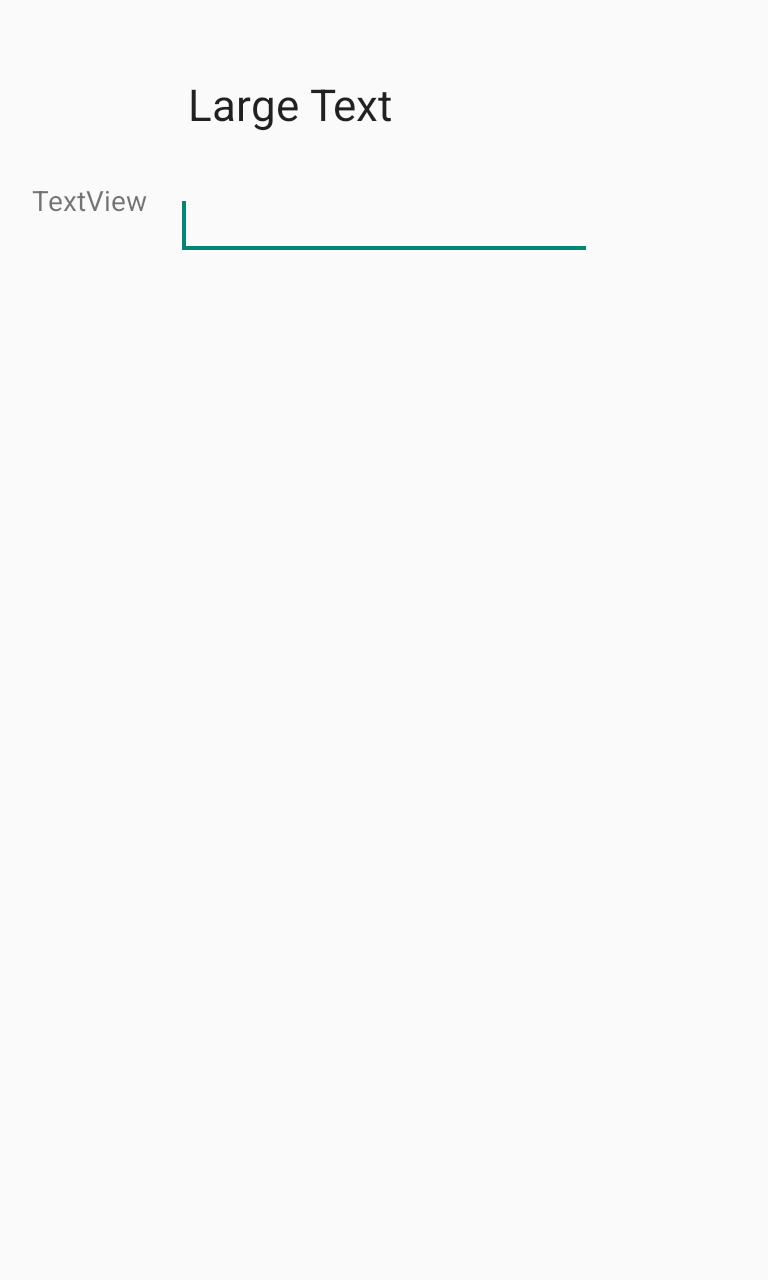
Repository: shivamgeek/Android-Code-Examples
Layout: Register/res/layout/activity_register.xml
These files come from the project's save history. The layout is drawn as it stood at one moment and after the next save; the edit follows.
It is drawn on a 768 x 1280 px phone screen (xhdpi) without system bars, with theme AppTheme; the app's code is not run.

Above is the layout before, as saved 2015-07-30 13:57:15.

### Register/res/layout/activity_register.xml
<RelativeLayout xmlns:android="http://schemas.android.com/apk/res/android"
    xmlns:tools="http://schemas.android.com/tools"
    android:layout_width="match_parent"
    android:layout_height="match_parent"
    android:paddingBottom="@dimen/activity_vertical_margin"
    android:paddingLeft="@dimen/activity_horizontal_margin"
    android:paddingRight="@dimen/activity_horizontal_margin"
    android:paddingTop="@dimen/activity_vertical_margin"
    tools:context="com.example.register.Register" >

    <TextView
        android:id="@+id/textView1"
        android:layout_width="wrap_content"
        android:layout_height="wrap_content"
        android:layout_alignParentLeft="true"
        android:layout_alignParentTop="true"
        android:layout_marginLeft="78dp"
        android:layout_marginTop="21dp"
        android:text="Large Text"
        android:textAppearance="?android:attr/textAppearanceLarge" />

    <TextView
        android:id="@+id/textView2"
        android:layout_width="wrap_content"
        android:layout_height="wrap_content"
        android:layout_alignParentLeft="true"
        android:layout_below="@+id/textView1"
        android:layout_marginTop="24dp"
        android:text="TextView" />

    <EditText
        android:id="@+id/editText1"
        android:layout_width="wrap_content"
        android:layout_height="wrap_content"
        android:layout_alignTop="@+id/textView2"
        android:layout_centerHorizontal="true"
        android:ems="10" >

        <requestFocus />
    </EditText>

</RelativeLayout>

Loaded but not shown: Register/res/values/styles.xml (common file); Register/res/values-v11/styles.xml (common file); Register/res/values-v14/styles.xml (common file); Register/res/values/dimens.xml (common file); Register/res/values-w820dp/dimens.xml (common file)

After the next save:
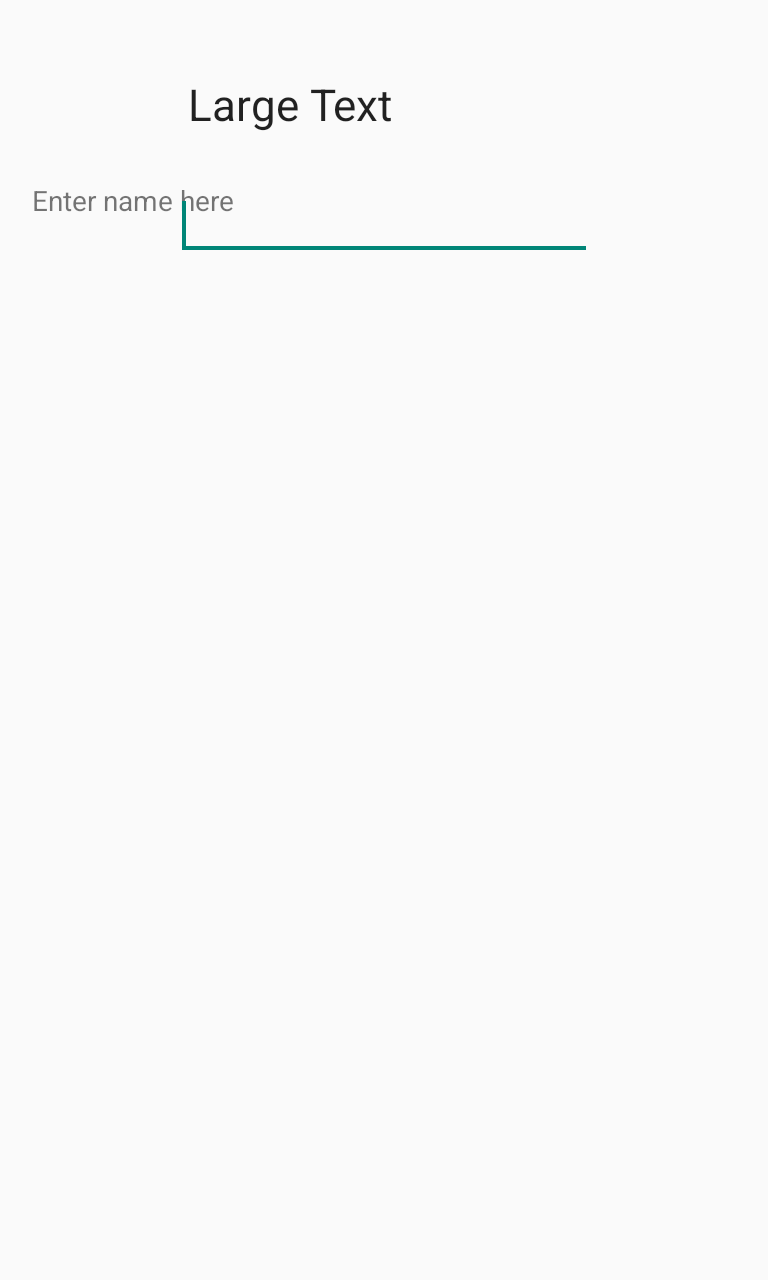
Saved 27 s later.
--- a/Register/res/layout/activity_register.xml
+++ b/Register/res/layout/activity_register.xml
@@ -26,7 +26,7 @@
         android:layout_alignParentLeft="true"
         android:layout_below="@+id/textView1"
         android:layout_marginTop="24dp"
-        android:text="TextView" />
+        android:text="Enter name here" />
 
     <EditText
         android:id="@+id/editText1"
